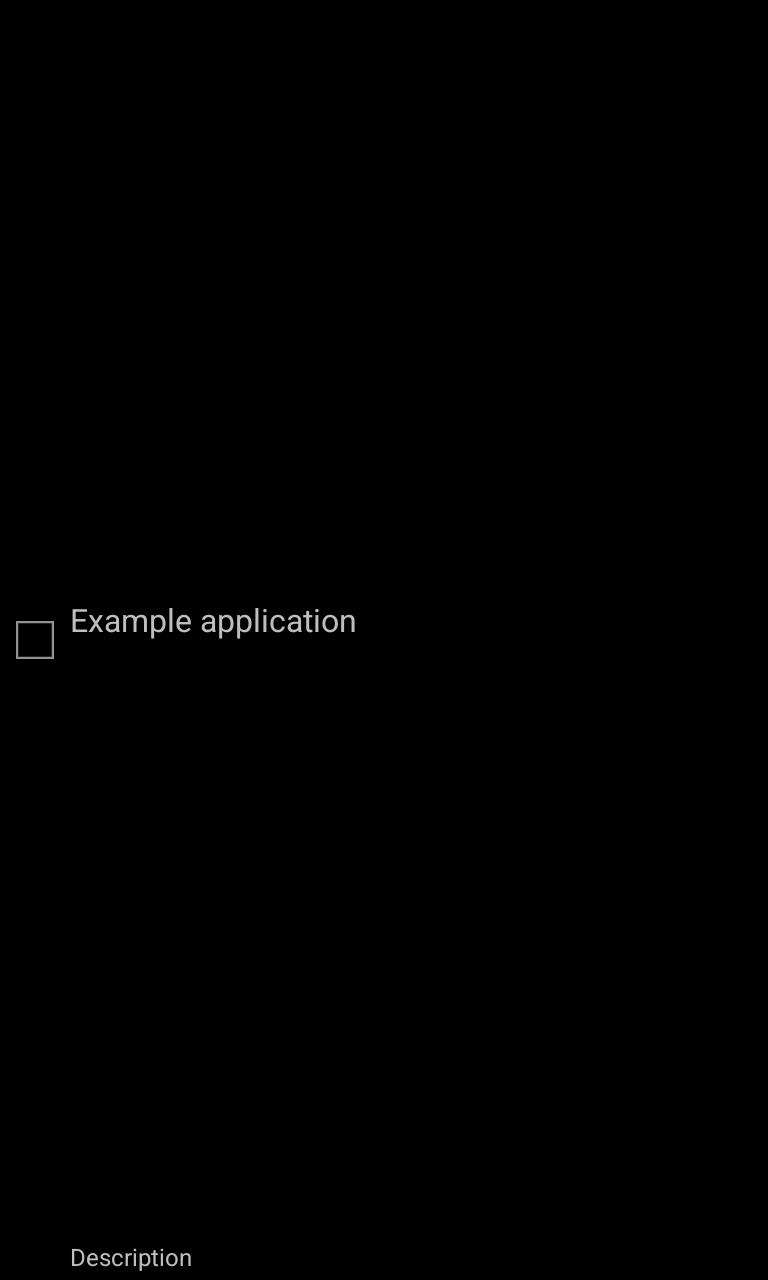
Repository: easyCZ/UoE-Projects
Layout: UG3-SELP/res/layout/sidebar_drawer.xml
These files come from the project's save history. The layout is drawn as it stood at one moment and after the next save; the edit follows.
It is drawn on a 768 x 1280 px phone screen (xhdpi) without system bars, with theme android:Theme.Black.NoTitleBar; the app's code is not run.

Above is the layout before, as saved 2013-12-05 20:08:16.

After the next save:
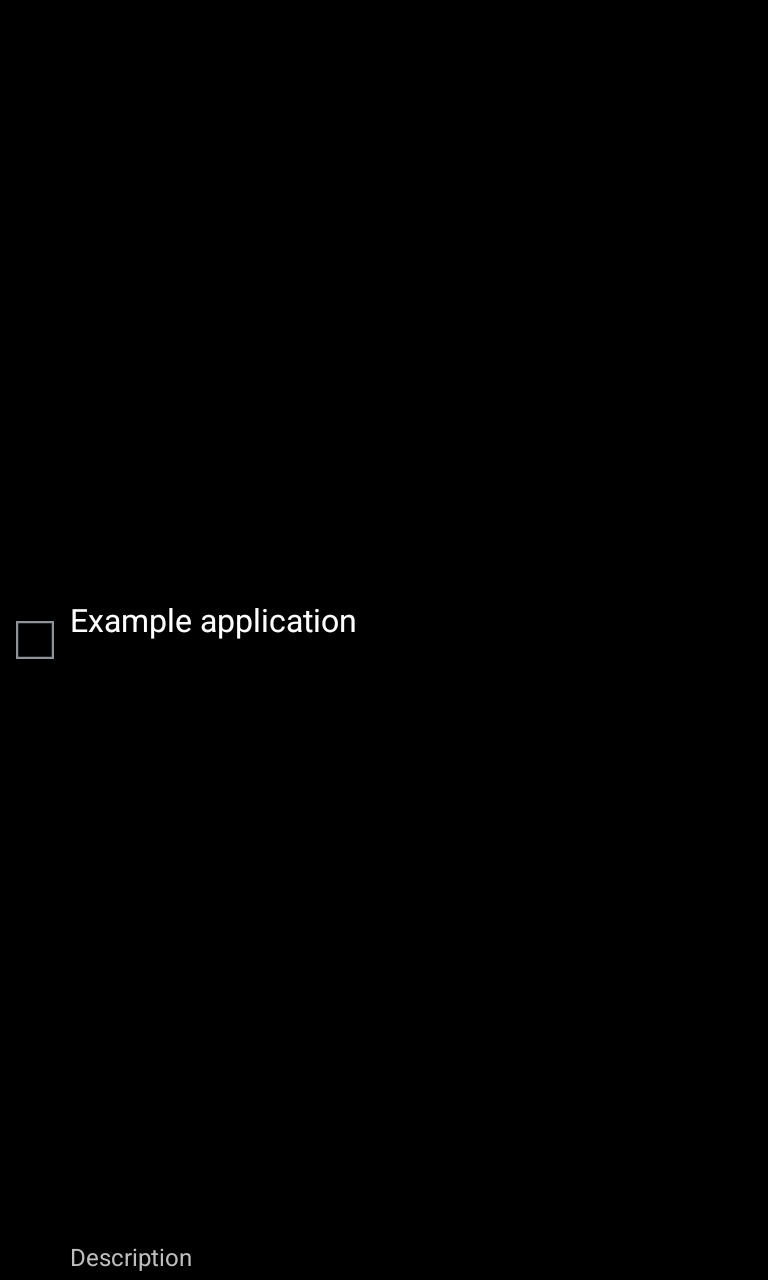
Saved 4 h 0 min later.
--- a/UG3-SELP/res/layout/sidebar_drawer.xml
+++ b/UG3-SELP/res/layout/sidebar_drawer.xml
@@ -35,7 +35,8 @@
         android:layout_toRightOf="@id/sidebarIcon"
         android:gravity="center_vertical"
         android:text="Example application"
-        android:textSize="16sp" />
+        android:textSize="16sp"
+        android:textColor="@color/white" />
 
 
 </RelativeLayout>
